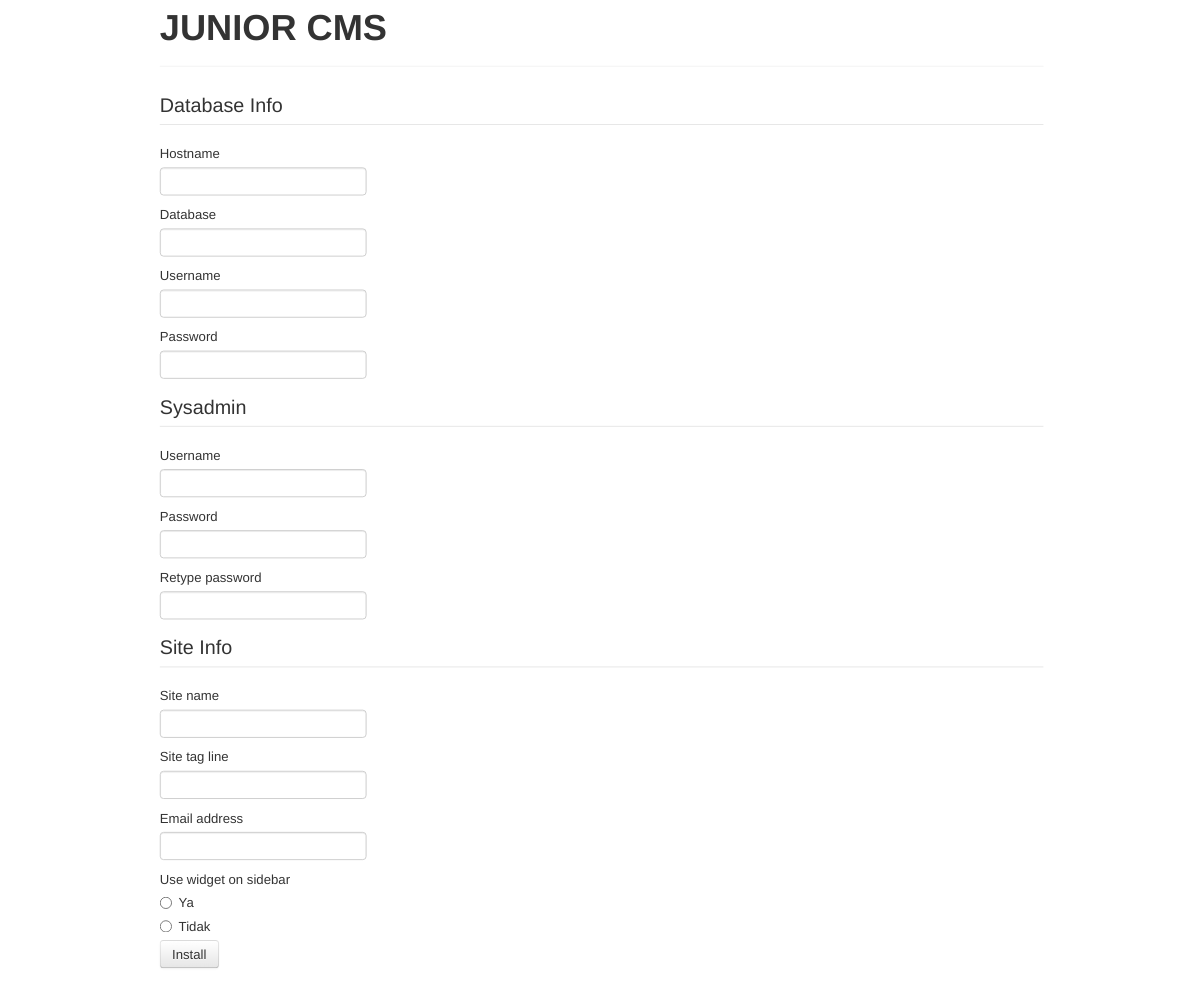
Repository: atangsutisna/juniorcms
Page: http://localhost/install/template.php
The author's editor kept a record of every edit. The page is drawn from the files as they stood at one moment, then again after the next edit.
The browser window is 1280 px wide. The pictures show the whole page, at 94% of full size.
The page is run by PHP 8.4 with error messages shown; the project is at /var/www/html/.

Above is the page before.

After the next edit:
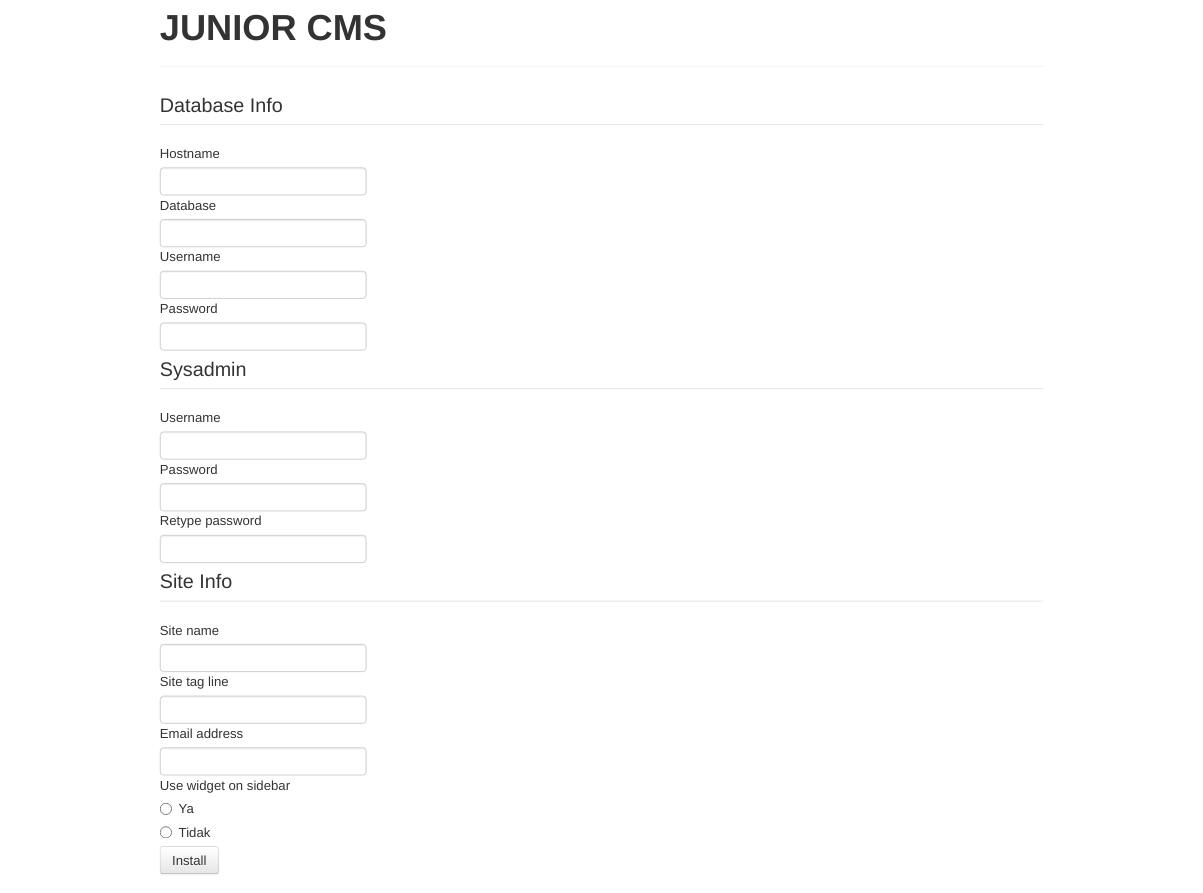
The edit:
--- a/install/template.php
+++ b/install/template.php
@@ -8,7 +8,7 @@
     <div class="container">
         <h1>JUNIOR CMS </h1><hr/>
 
-        <form>
+        <form class="form-horizontal">
         <fieldset>
             <legend>Database Info</legend>
                 <label>Hostname</label>

After the edit that followed:
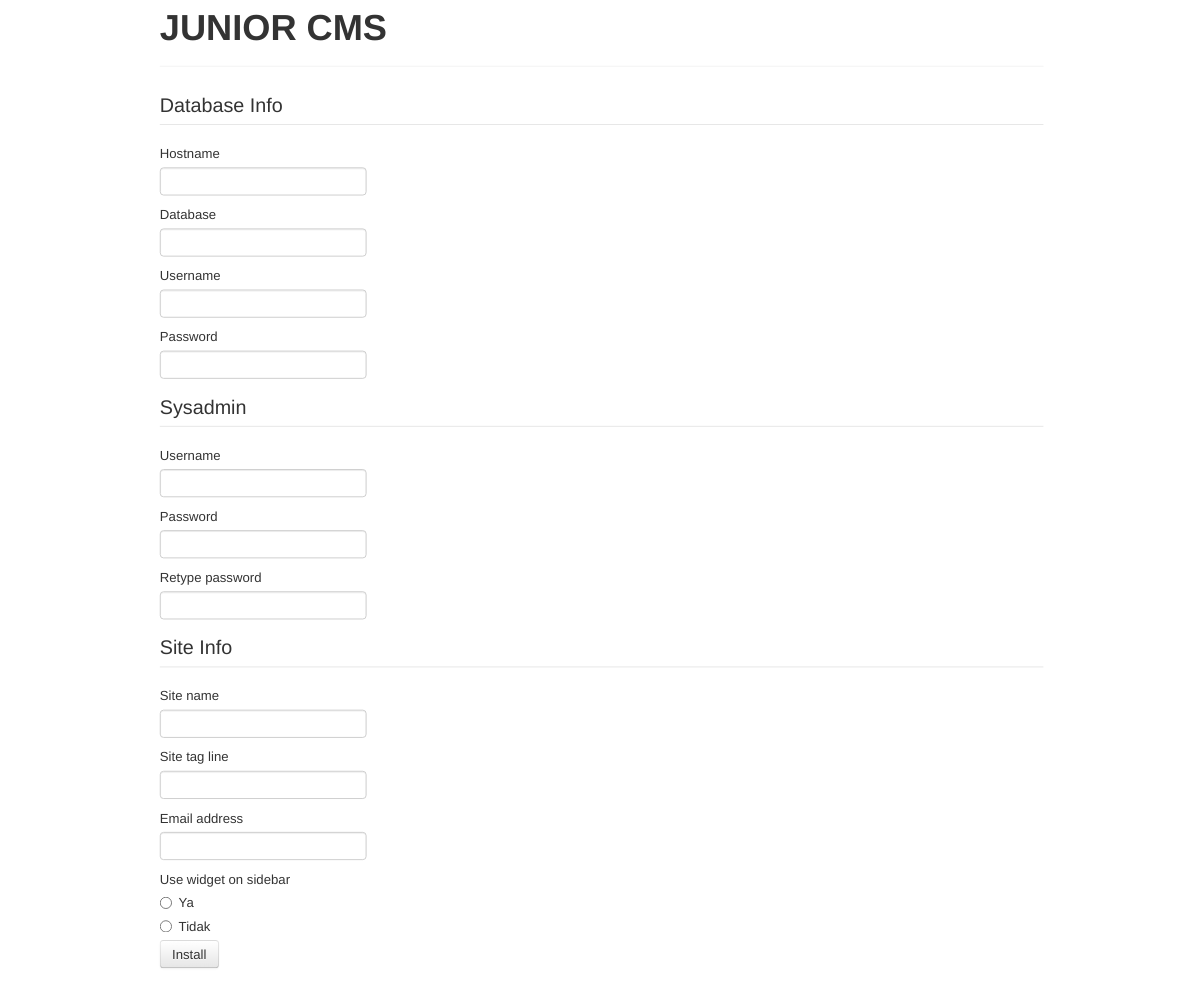
The edit:
--- a/install/template.php
+++ b/install/template.php
@@ -8,7 +8,7 @@
     <div class="container">
         <h1>JUNIOR CMS </h1><hr/>
 
-        <form class="form-horizontal">
+        <form>
         <fieldset>
             <legend>Database Info</legend>
                 <label>Hostname</label>
